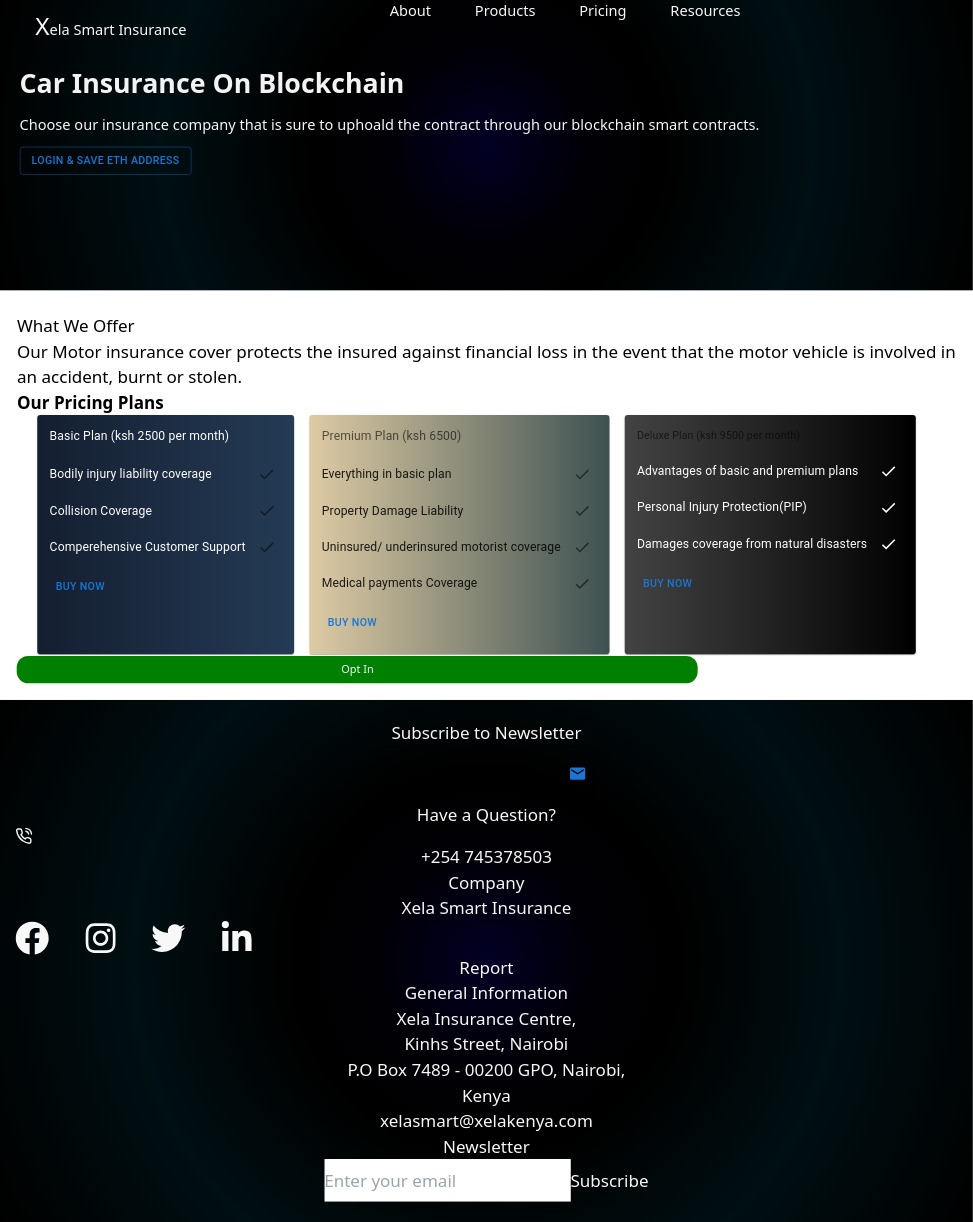
Repository: ALVIN-OBONYO/Xela-smart_insuarance
Page: / (app in frontend/)
An editor plug-in stored every save of this project. The page is shown before and after the next save, followed by the edit.
The browser window is 1280 px wide. The pictures show the whole page, at 76% of full size.
The project was rebuilt for these pictures with package versions that can differ from the ones it lists, and the page was loaded fresh each time. Also part of the build but not shown: frontend/src/Pages/Policies.jsx, frontend/src/Components/Calendar.css, frontend/src/Components/Calendar.jsx, frontend/src/Components/Input.js, frontend/src/Components/Upload.css, frontend/src/Components/Upload.js, frontend/src/Pages/ReportForm.jsx, frontend/src/Pages/Report.jsx and 2 more.

Above is the page before, as saved 2022-10-04 07:34:52.

After the next save:
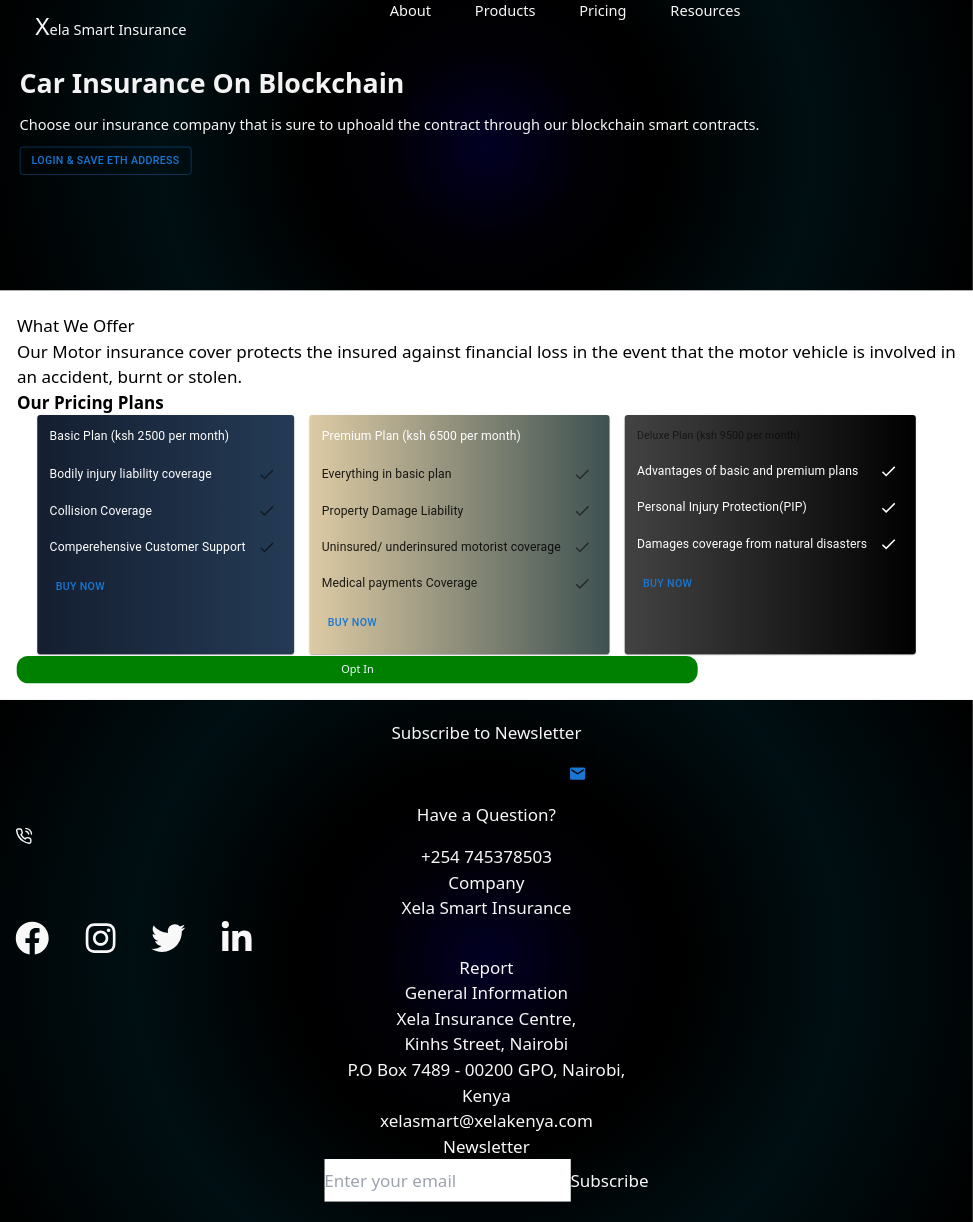
Saved 76 s later.
--- a/frontend/src/Components/Cards.jsx
+++ b/frontend/src/Components/Cards.jsx
@@ -55,8 +55,8 @@ const PlanCard = () => {
         </Card>
         <Card sx={{background: "linear-gradient(to right, #DECBA4, #3E5151)"}}>
         <CardContent>
-            <Typography sx={{ fontSize: 16}} color="text.secondary" gutterBottom>
-                Premium Plan   (ksh 6500)
+            <Typography sx={{ fontSize: 16}} color="white" gutterBottom>
+                Premium Plan   (ksh 6500 per month)
             </Typography>
             <List sx={{ width: '100%'}}>
                 {premium.map((elem)=> (
